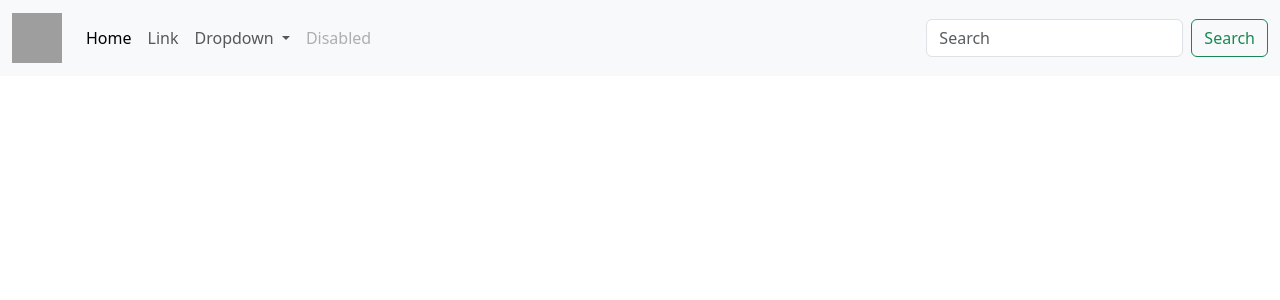
Repository: Vanh260703/Java-Servlet
Page: Bai4_Boostrap/src/main/webapp/index.html
These files come from the project's save history. The page is drawn as it stood at one moment and after the next save; the edit follows.
The browser window is 1280 px wide. The pictures show the whole page.
Pictures or frames that could not be fetched are drawn as grey boxes.

Above is the page before, as saved 2025-03-01 14:00:06.

### Bai4_Boostrap/src/main/webapp/index.html
<!DOCTYPE html>
<html>

<head>
	<meta charset="UTF-8">
	<title>Ví dụ Boostrap</title>
	<link href="https://cdn.jsdelivr.net/npm/bootstrap@5.3.3/dist/css/bootstrap.min.css" rel="stylesheet"
		integrity="sha384-QWTKZyjpPEjISv5WaRU9OFeRpok6YctnYmDr5pNlyT2bRjXh0JMhjY6hW+ALEwIH" crossorigin="anonymous">
	<script src="https://cdn.jsdelivr.net/npm/@popperjs/core@2.11.8/dist/umd/popper.min.js"
		integrity="sha384-I7E8VVD/ismYTF4hNIPjVp/Zjvgyol6VFvRkX/vR+Vc4jQkC+hVqc2pM8ODewa9r"
		crossorigin="anonymous"></script>
	<script src="https://cdn.jsdelivr.net/npm/bootstrap@5.3.3/dist/js/bootstrap.min.js"
		integrity="sha384-0pUGZvbkm6XF6gxjEnlmuGrJXVbNuzT9qBBavbLwCsOGabYfZo0T0to5eqruptLy"
		crossorigin="anonymous"></script>
</head>

<body>
	<!--Navbar-->
	<nav class="navbar navbar-expand-lg bg-body-tertiary">
		<div class="container-fluid">
			<a class="navbar-brand" href="#">
      <img src="https://www.saokim.com.vn/blog/wp-content/uploads/2022/04/logo-moi-cua-starbucks.jpg.webp" alt="Bootstrap" width="50" height="50">
    </a>
			<button class="navbar-toggler" type="button" data-bs-toggle="collapse"
				data-bs-target="#navbarSupportedContent" aria-controls="navbarSupportedContent" aria-expanded="false"
				aria-label="Toggle navigation">
				<span class="navbar-toggler-icon"></span>
			</button>
			<div class="collapse navbar-collapse" id="navbarSupportedContent">
				<ul class="navbar-nav me-auto mb-2 mb-lg-0">
					<li class="nav-item">
						<a class="nav-link active" aria-current="page" href="#">Home</a>
					</li>
					<li class="nav-item">
						<a class="nav-link" href="#">Link</a>
					</li>
					<li class="nav-item dropdown">
						<a class="nav-link dropdown-toggle" href="#" role="button" data-bs-toggle="dropdown"
							aria-expanded="false">
							Dropdown
						</a>
						<ul class="dropdown-menu">
							<li><a class="dropdown-item" href="#">Action</a></li>
							<li><a class="dropdown-item" href="#">Another action</a></li>
							<li>
								<hr class="dropdown-divider">
							</li>
							<li><a class="dropdown-item" href="#">Something else here</a></li>
						</ul>
					</li>
					<li class="nav-item">
						<a class="nav-link disabled" aria-disabled="true">Disabled</a>
					</li>
				</ul>
				<form class="d-flex" role="search">
					<input class="form-control me-2" type="search" placeholder="Search" aria-label="Search">
					<button class="btn btn-outline-success" type="submit">Search</button>
				</form>
			</div>
		</div>
	</nav>
	<!-- End Navbar -->


</body>

</html>

After the next save:
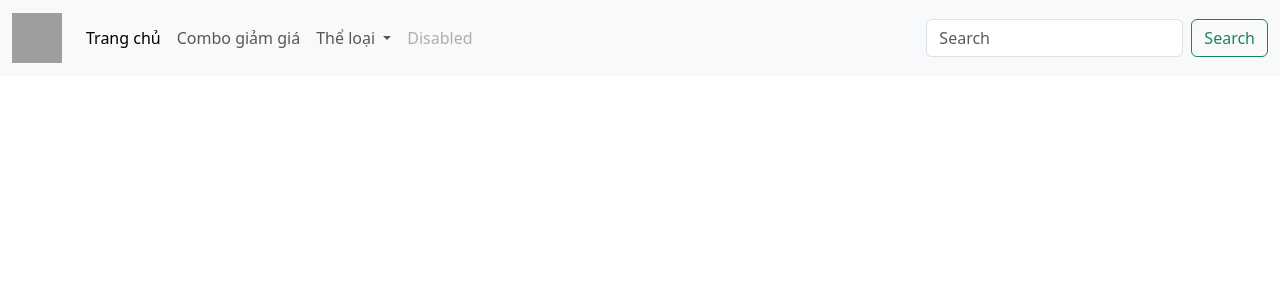
Saved 2 min 8 s later.
--- a/Bai4_Boostrap/src/main/webapp/index.html
+++ b/Bai4_Boostrap/src/main/webapp/index.html
@@ -29,23 +29,23 @@
 			<div class="collapse navbar-collapse" id="navbarSupportedContent">
 				<ul class="navbar-nav me-auto mb-2 mb-lg-0">
 					<li class="nav-item">
-						<a class="nav-link active" aria-current="page" href="#">Home</a>
+						<a class="nav-link active" aria-current="page" href="#">Trang chủ</a>
 					</li>
 					<li class="nav-item">
-						<a class="nav-link" href="#">Link</a>
+						<a class="nav-link" href="#">Combo giảm giá</a>
 					</li>
 					<li class="nav-item dropdown">
 						<a class="nav-link dropdown-toggle" href="#" role="button" data-bs-toggle="dropdown"
 							aria-expanded="false">
-							Dropdown
+							Thể loại
 						</a>
 						<ul class="dropdown-menu">
-							<li><a class="dropdown-item" href="#">Action</a></li>
-							<li><a class="dropdown-item" href="#">Another action</a></li>
+							<li><a class="dropdown-item" href="#">Quần Jean</a></li>
+							<li><a class="dropdown-item" href="#">Áo thun</a></li>
 							<li>
 								<hr class="dropdown-divider">
 							</li>
-							<li><a class="dropdown-item" href="#">Something else here</a></li>
+							<li><a class="dropdown-item" href="#">Áo sơ mi</a></li>
 						</ul>
 					</li>
 					<li class="nav-item">
